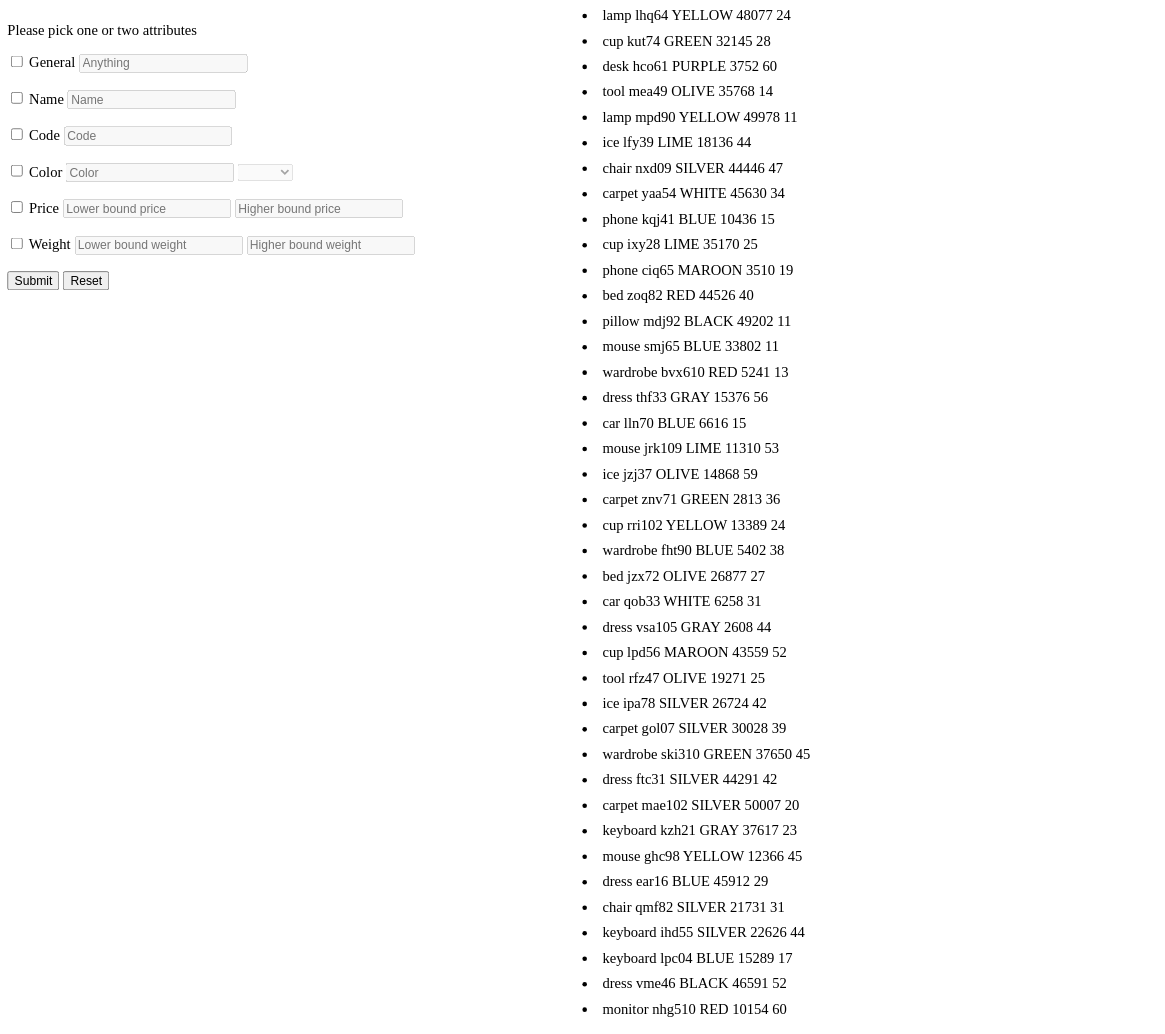
Repository: ISIT207-4-A/A1_C3_1
Page: home.html
These files come from the project's save history. The page is drawn as it stood at one moment and after the next save; the edit follows.
The browser window is 1280 px wide. The pictures show the whole page, at 91% of full size.
After loading, the first visible `button[onclick="reset()"]` was clicked once.

Above is the page before, as saved 2020-09-02 21:52:56.

After the next save:
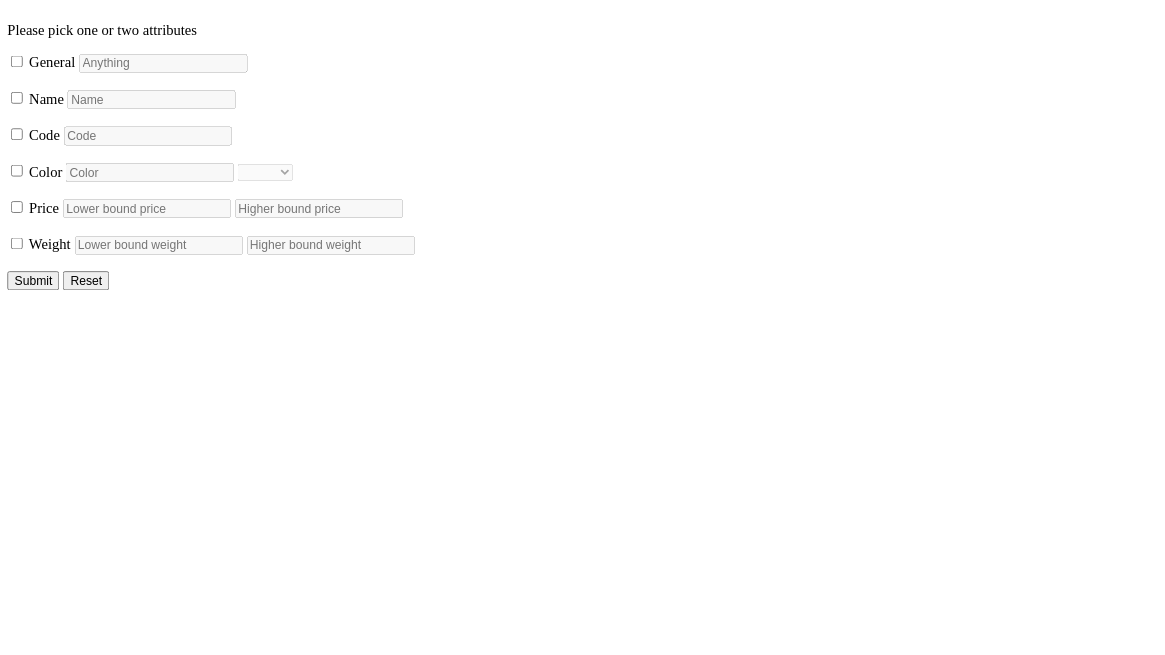
Console error: TypeError: document.getElementById(...).showTable is not a function
Saved 37 s later.
--- a/script.js
+++ b/script.js
@@ -150,13 +150,8 @@ function reset() {
 	document.getElementById("general").disabled = true;
 
 
-	const ul = document.getElementById("result");
-	for (item of itemList) {
-		let li = document.createElement("li");
-		let itemValue = item.fullInfo;
-		li.appendChild(document.createTextNode(itemValue));
-		ul.appendChild(li);
-	}
+	document.getElementById("result").showTable();
+
 }
 
 function resetList() {
